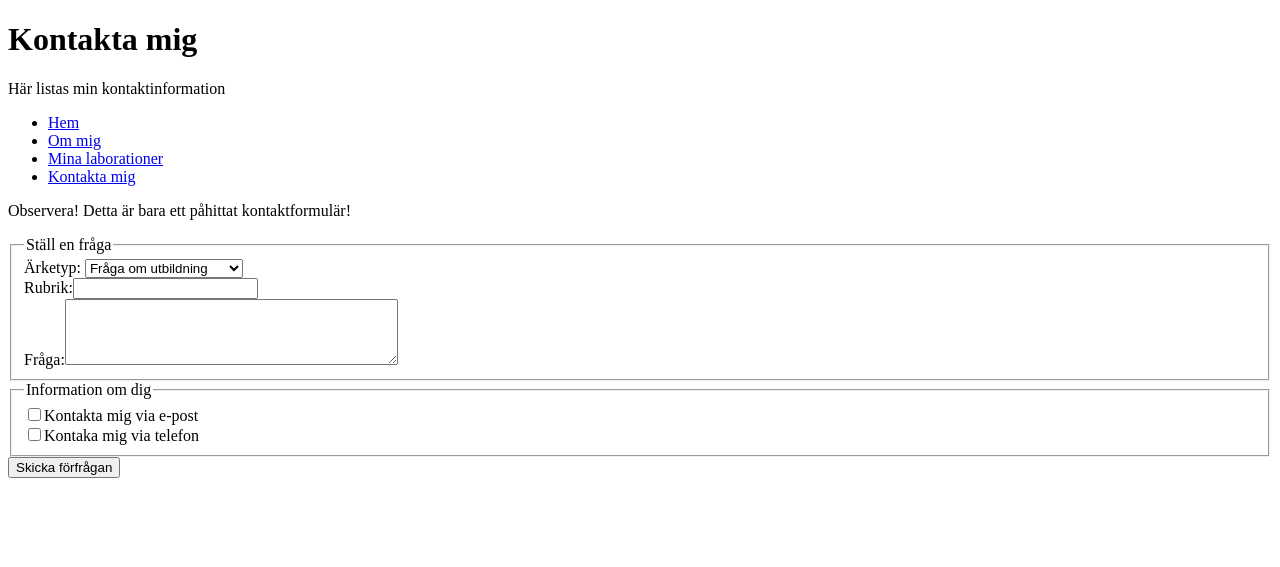
Repository: Holmewi/1ik415-jh222qr-laborationer
Page: pages/kontakt.html
The author's editor kept a record of every edit. The page is drawn from the files as they stood at one moment, then again after the next edit.
The browser window is 1280 px wide. The pictures show the whole page.

Above is the page before.

### pages/kontakt.html
<!DOCTYPE HTML>
<html>
    <head>
        <meta charset="utf-8">
        <title>Kontakta mig - Här listas min kontaktinformation</title>
    </head>
    <body>
        <h1>Kontakta mig</h1>
        <p>Här listas min kontaktinformation</p>

        <div>
            <ul>
                <li><a href="../index.html">Hem</a></li>
                <li><a href="presentation.html">Om mig</a></li>
                <li><a href="laborationer.html">Mina laborationer</a></li>
                <li><a href="kontakt.html">Kontakta mig</a></li>
            </ul>
        </div>

        <p>Observera! Detta är bara ett påhittat kontaktformulär!</p>

        <form id="input" action="http://voyager.lnu.se/tekinet/kurser/dtt/wp_webbintro/form.php" method="post">
            <fieldset>
                <legend>Ställ en fråga</legend>

                Ärketyp:
                <select>
                    <option value="utbildning">Fråga om utbildning</option>
                    <option value="kurs">Fråga om kurs</option>
                    <option value="hyra">Fråga om anställning</option>
                    <option value="webbplatsen">Fråga om webbplatsen</option>
                    <option value="privat">Ställ en privat fråga</option>
                </select>
                <br>
                Rubrik:<input type="text" id="header"/>
                <br>
                Fråga:<textarea id="question" rows="4" cols="39"></textarea>
            </fieldset>
            <fieldset>
                <legend>Information om dig</legend>
                <input type="checkbox" id="e-post"/>Kontakta mig via e-post<br>
                <input type="checkbox" id="telefon"/>Kontaka mig via telefon<br>
            </fieldset>
            <input type="Submit" value="Skicka förfrågan">
        </form>


    </body>
</html>

After the next edit:
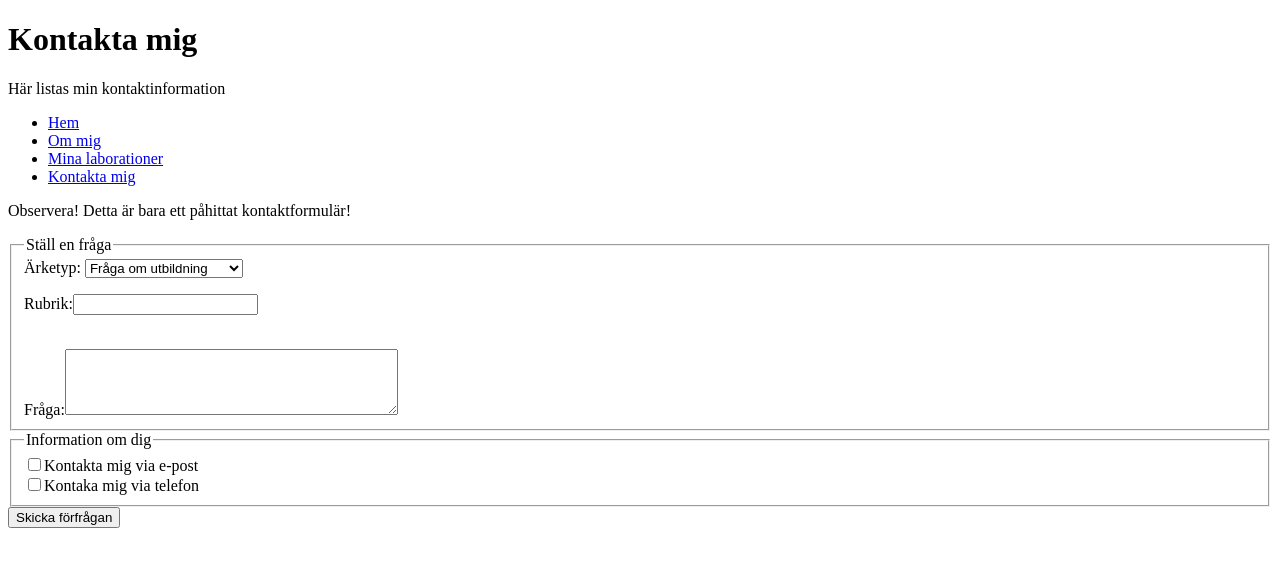
The edit:
--- a/pages/kontakt.html
+++ b/pages/kontakt.html
@@ -32,7 +32,7 @@
                     <option value="privat">Ställ en privat fråga</option>
                 </select>
                 <br>
-                Rubrik:<input type="text" id="header"/>
+                <p>Rubrik:<input type="text" id="header"/></p>
                 <br>
                 Fråga:<textarea id="question" rows="4" cols="39"></textarea>
             </fieldset>
